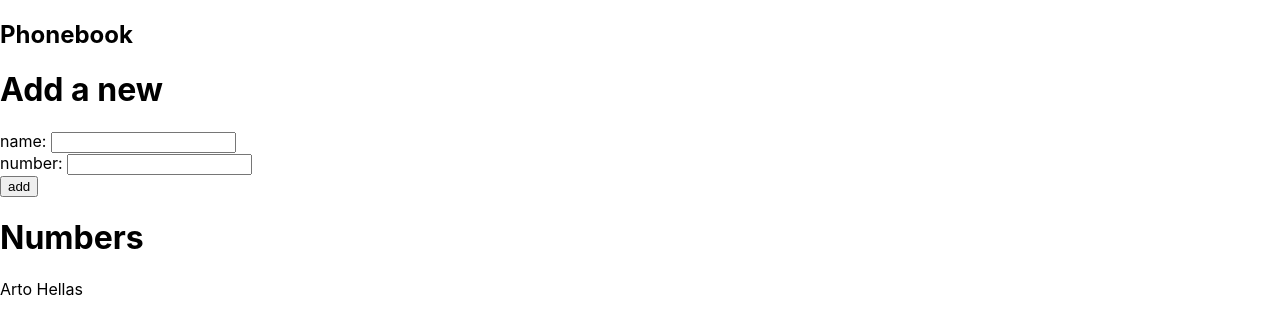
Repository: 0101chaitanya/phonebook-front
Page: /
An editor plug-in stored every save of this project. The page is shown before and after the next save, followed by the edit.
The browser window is 1280 px wide. The pictures show the whole page.
The project was rebuilt for these pictures with package versions that can differ from the ones it lists, and the page was loaded fresh each time.

Above is the page before, as saved 2021-09-19 17:35:43.

After the next save:
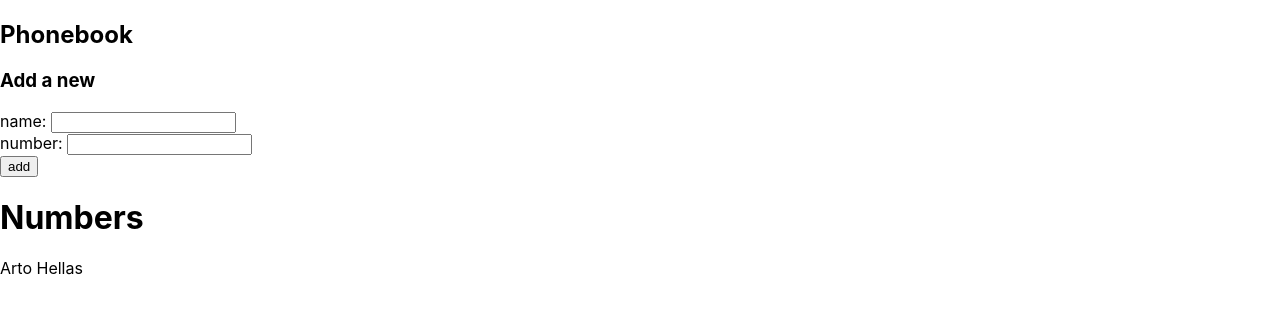
Saved 9 s later.
--- a/src/App.jsx
+++ b/src/App.jsx
@@ -35,7 +35,7 @@ const App = () => {
       <h2>Phonebook</h2>
 
       <form onSubmit={handleSubmit}>
-        <h1>Add a new</h1>
+        <h3>Add a new</h3>
         <div>
           name:{" "}
           <input
